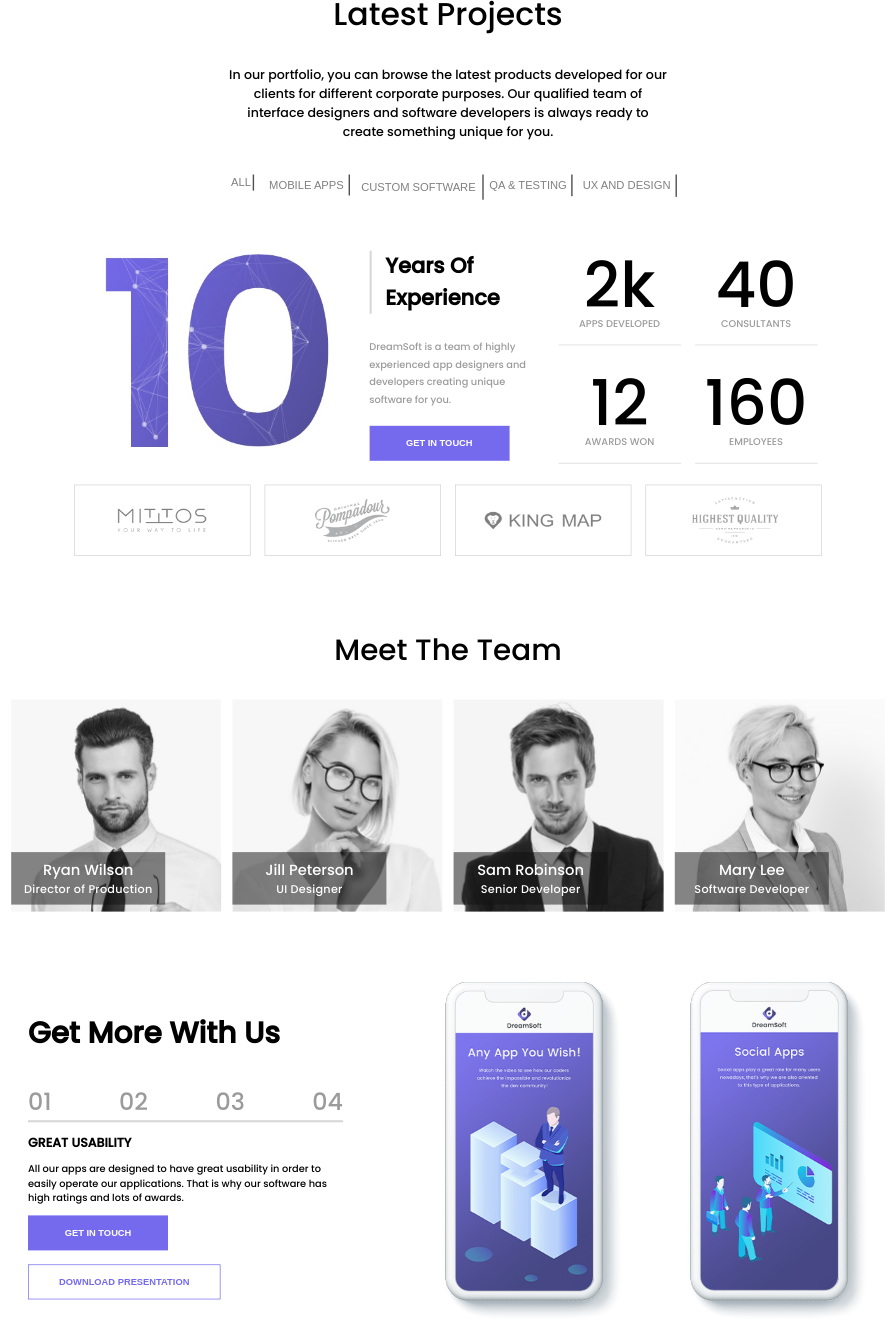
Repository: kkyler24/ladders-bootcamp-awesome
Page: index.html
An editor plug-in stored every save of this project. The page is shown before and after the next save, followed by the edit.
The browser window is 1280 px wide. The pictures show the part of the page from y = 1445 to 3365 px (the page is 6173 px tall before and 6178 px after), at 70% of full size.

Above is the page before, as saved 2021-03-20 10:31:30.

After the next save:
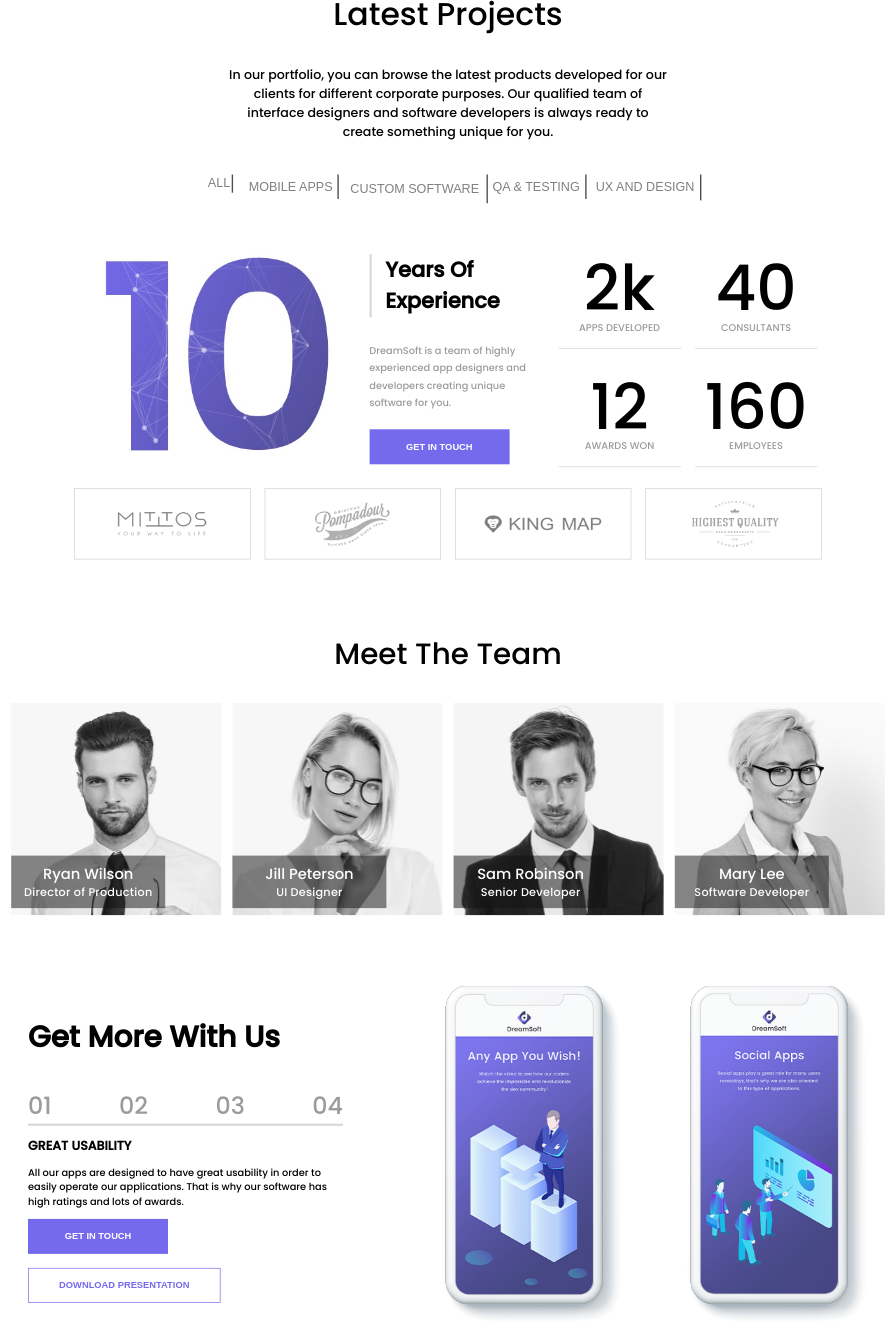
Saved 20 s later.
--- a/kstyle.css
+++ b/kstyle.css
@@ -118,7 +118,7 @@ margin-bottom: 3%;
   font-weight: 200px;
   padding: 5%;
   margin: 10px;
- font-size: 16px;
+ font-size: 18px;
  background-color: transparent;
  border-right-width: 2px;
  border-color: rgb(162, 164, 165);
